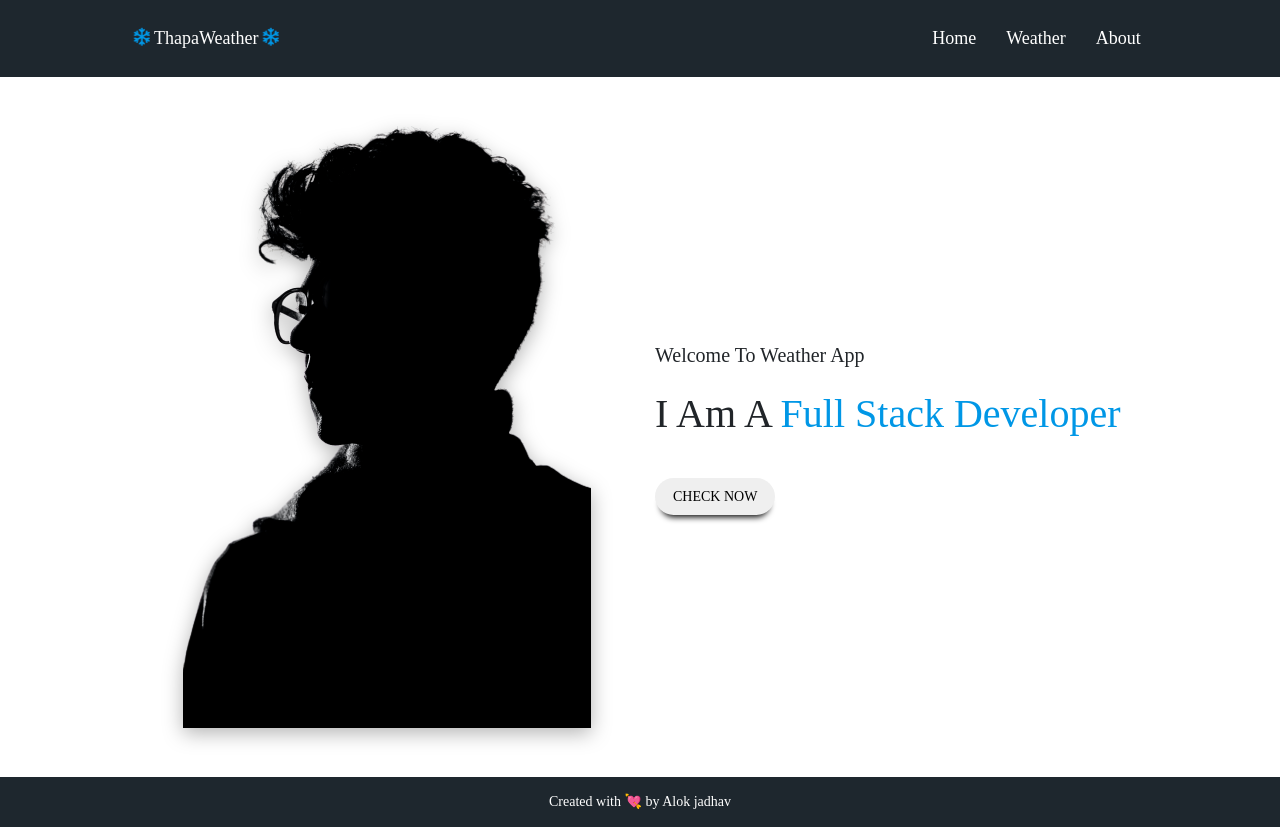
Repository: AalokJadhav/Weather_App
Page: public/about.html
These files come from the project's save history. The page is drawn as it stood at one moment and after the next save; the edit follows.
The browser window is 1280 px wide. The pictures show the whole page.
Some web fonts or font styles are not loaded; a fallback is used. Some web libraries are served in a nearby version.

Above is the page before, as saved 2020-11-15 16:12:42.

### public/about.html
<!DOCTYPE html>
<html lang="en">

<head>
    <meta charset="UTF-8">
    <meta name="viewport" content="width=device-width, initial-scale=1.0">
    <title>Weather App</title>
    <!-- Latest compiled and minified CSS -->
    <link rel="stylesheet" href="https://maxcdn.bootstrapcdn.com/bootstrap/4.5.2/css/bootstrap.min.css">
    <link rel="stylesheet" href="https://cdnjs.cloudflare.com/ajax/libs/font-awesome/5.10.0/css/all.min.css"
        integrity="sha512-PgQMlq+nqFLV4ylk1gwUOgm6CtIIXkKwaIHp/PAIWHzig/lKZSEGKEysh0TCVbHJXCLN7WetD8TFecIky75ZfQ=="
        crossorigin="anonymous" />
    <!-- jQuery library -->
    <script src="https://ajax.googleapis.com/ajax/libs/jquery/3.5.1/jquery.min.js"></script>

    <!-- Popper JS -->
    <script src="https://cdnjs.cloudflare.com/ajax/libs/popper.js/1.16.0/umd/popper.min.js"></script>

    <!-- Latest compiled JavaScript -->
    <script src="https://maxcdn.bootstrapcdn.com/bootstrap/4.5.2/js/bootstrap.min.js"></script>
    <link rel="stylesheet" href="css/style.css">
    <link rel="shortcut icon" href="images/logo.png" type="image/png">
</head>

<body>
    <div class="container-fluid main_menu">
        <div class="row">
            <div class="col-md-10 col-12 mx-auto">


                <nav class="navbar navbar-expand-lg ">

                    <a class="navbar-brand" href="/"><i class="far fa-snowflake"></i> ThapaWeather <i
                            class="far fa-snowflake"></i></a>
                    <button class="navbar-toggler" type="button" data-toggle="collapse"
                        data-target="#navbarSupportedContent" aria-controls="navbarSupportedContent"
                        aria-expanded="false" aria-label="Toggle navigation">
                        <span class="navbar-toggler-icon"></span>
                    </button>

                    <div class="collapse navbar-collapse" id="navbarSupportedContent">
                        <ul class="navbar-nav ml-auto">
                            <li class="nav-item active">
                                <a class="nav-link" href="/">Home <span class="sr-only">(current)</span></a>
                            </li>
                            <li class="nav-item">
                                <a class="nav-link" href="/weather">Weather</a>
                            </li>
                            <li class="nav-item">
                                <a class="nav-link" href="/about">About</a>
                            </li>

                        </ul>

                    </div>
                </nav>
            </div>
        </div>
    </div>

    <!-- Main header -->
    <div class="container-fluid main_header">
        <div class="row">
            <div class="col-md-10 col-12 mx-auto">
                <div class="row">
                    <!-- Left Side Div -->
                    <div class="col-md-6 col-12 main_header_right">
                        <figure>
                            <img src="images/about.png" class="img-fluid" title="Alok">
                        </figure>
                    </div>

                    <div class="col-md-6 col-12 main_header_left">
                        <p> Welcome To Weather App</p>
                        <h1>I am a <span class="txt_clr">Full Stack Developer</span></h1> <a
                            href="/weather"><button>Check Now</button></a>
                    </div>
                    <!-- right Side Div -->

                </div>
            </div>
        </div>
    </div>

    <!-- // Footer Code -->
    <footer>
        <p> Created with 💘 by Alok jadhav</p>
    </footer>
</body>

</html>

### public/css/style.css
@import url("https://fonts.googleapis.com/css2?family=Roboto:wght@300;400;900&display=swap");
@import url("https://fonts.googleapis.com/css2?family=Piazzolla:wght@200;300;400;900&display=swap");

* {
  margin: 0;
  padding: 0;
  box-sizing: border-box;
  /* font-family: "Roboto", sans-serif; */
  font-family: "Piazzolla", serif;
}

:root {
  --main-bg: #1e272e;
  --main-color: #0097e6;
}

html {
  height: 100%;
  font-size: 62.5%;
}

body {
  height: 100vh;
  display: flex;
  flex-direction: column;
}

.row {
  margin: 0;
}

/* navbar style */

.main_menu {
  background-color: var(--main-bg);
}

.navbar {
  color: #fff;
  background-color: var(--main-bg);
  padding: 2rem 0;
}

.navbar a {
  color: #fff;
  font-size: 1.8rem;
}

.navbar a:hover {
  color: var(--main-color);
}

.navbar li {
  margin-left: 2rem;
}

.navbar-toggler {
  background-color: #718093;
}

.fa-snowflake {
  transition: all linear;
  animation: rot 2s linear infinite;
  color: var(--main-color);
}

@keyframes rot {
  0% {
    transform: rotate(0deg);
  }
  100% {
    transform: rotate(360deg);
  }
}

/* main header part  */

.main_header_left {
  height: 70rem;
  /* background-color: red; */
  display: flex;
  flex-direction: column;
  justify-content: center;
  align-items: flex-start;
}

.main_header_left p {
  font-size: 2rem;
}

.main_header_left h1 {
  font-size: 4rem;
  margin: 1rem 0 4rem 0;
  text-transform: capitalize;
}

.txt_clr {
  color: var(--main-color);
}

.main_header_left button {
  border: none;
  padding: 0.8rem 1.8rem;
  font-size: 1.4rem;
  border-radius: 2rem;
  text-transform: uppercase;
  box-shadow: 0 8px 6px -6px black;
  outline: none;
  /* transition: all 0.2s linear; */
}

.main_header_left button:hover {
  box-shadow: 0 8px 6px -6px var(--main-color);
  /* border: 1px solid var(--main-color); */
}

.main_header_right {
  height: 70rem;
  /* background-color: red; */
  display: flex;
  flex-direction: column;
  justify-content: center;
  align-items: center;
}

.main_header_right figure img {
  filter: drop-shadow(0 0.5rem 1rem rgba(0, 0, 0, 0.3));
}

  /* weather page style */
/* temp input fields style code */

.temp_form {
    width: 60%;
    position: relative;
    margin: 5rem auto;
  }

  .temp_form input[type="text"] {
    width: 100%;
    padding: 2rem 5rem 2rem 2rem;
    background: #1e202b;
    color: white;
    outline: none;
    border: none;
    font-size: 1.7rem;
    border-radius: 3rem;
  }

  ::placeholder {
    color: #bfc1c8;
  }

  .temp_form input[type="submit"] {
    position: absolute;
    top: 5px;
    right: 5px;
    bottom: 5px;
    border: none;
    background: #009ad8;
    padding: 0 3rem;
    border-radius: 3rem;
    color: white;
    font-size: 1.6rem;
  }

  .temp_form input[type="submit"]:hover {
    color: #009ad8;
    background-color: #fff;
  }

  /* temp detials show here */

  .tempInformation {
    width: 40rem;
    margin: auto;
    min-height: 20rem;
    background-color: #323544;
    border-radius: 1rem;
    padding: 1rem;
    font-family: "Roboto", sans-serif;
  }

  .top_layer {
    width: 100%;
    height: 20%;
    background-color: #2d303d;
    display: flex;
    justify-content: space-between;
    align-items: center;
    border-radius: 1rem;
    padding: 2rem 0;
  }

  .top_layer p {
    color: #fff;
    font-weight: 300;
  }

  .main_layer {
    width: 100%;
    height: 80%;
    display: flex;
    flex-direction: column;
  }

  .main_layer #city_name {
    padding: 2rem 0;
    color: #bfc1c8;
    font-weight: 300;
    font-size: 2rem;
  }

  .main_layer .middle_layer {
    display: flex;
    justify-content: space-around;
    color: #fff;
  }

  .main_layer .middle_layer p,
  .main_layer .middle_layer .fa {
    font-size: 7rem;
    font-weight: 900;
  }

  .fa {
    color: #009ad8;
  }

  sup {
    font-size: 6rem;
    margin-top: -2rem;
  }

  .data_hide {
    visibility: hidden;
    transition: all 0.3s linear;
  }

  /* 404 error page */

  .main_header_left .errimg img {
    width: 60rem;
    height: 30rem;
  }

  /* footer style  */

  footer {
    width: 100%;
    /* height: 5rem; */
    background-color: var(--main-bg);
    margin-top: auto;
  }

  footer p {
    margin: 0;
    text-align: center;
    line-height: 5rem;
    color: #fff;
    font-size: 1.4rem;
  }

  /* responsive code  */

  @media (max-width: 768px) {
    .main_header_left {
      height: auto;
      margin: 5rem 0;
    }

    .main_header_right {
      height: auto;
      margin-top: 3rem;
    }

    .temp_form {
      width: auto;
    }
    .tempInformation {
      width: auto;
    }

    .main_layer .middle_layer p,
    .main_layer .middle_layer .fa {
      font-size: 5rem;
      font-weight: 900;
    }
  }

After the next save:
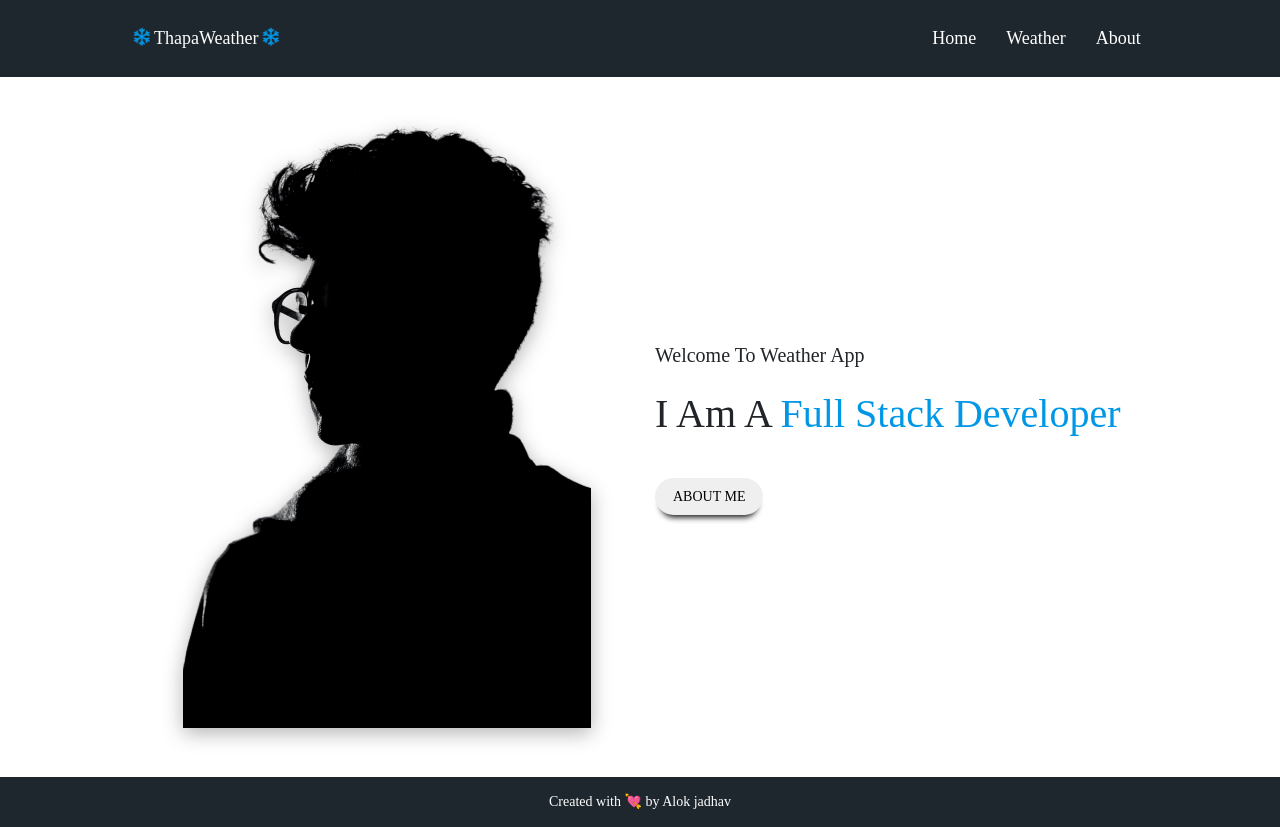
Saved 28 s later.
--- a/public/about.html
+++ b/public/about.html
@@ -73,7 +73,7 @@
                     <div class="col-md-6 col-12 main_header_left">
                         <p> Welcome To Weather App</p>
                         <h1>I am a <span class="txt_clr">Full Stack Developer</span></h1> <a
-                            href="/weather"><button>Check Now</button></a>
+                            href="/weather"><button>About Me</button></a>
                     </div>
                     <!-- right Side Div -->
 
